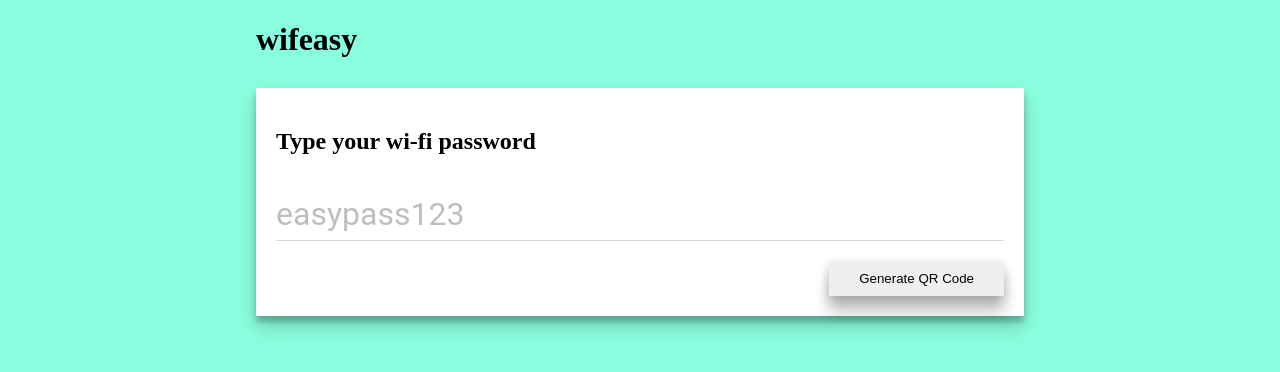
Repository: akagabi/wifeasy
Page: index.html
An editor plug-in stored every save of this project. The page is shown before and after the next save, followed by the edit.
The browser window is 1280 px wide. The pictures show the whole page.

Above is the page before, as saved 2018-12-25 12:56:53.

After the next save:
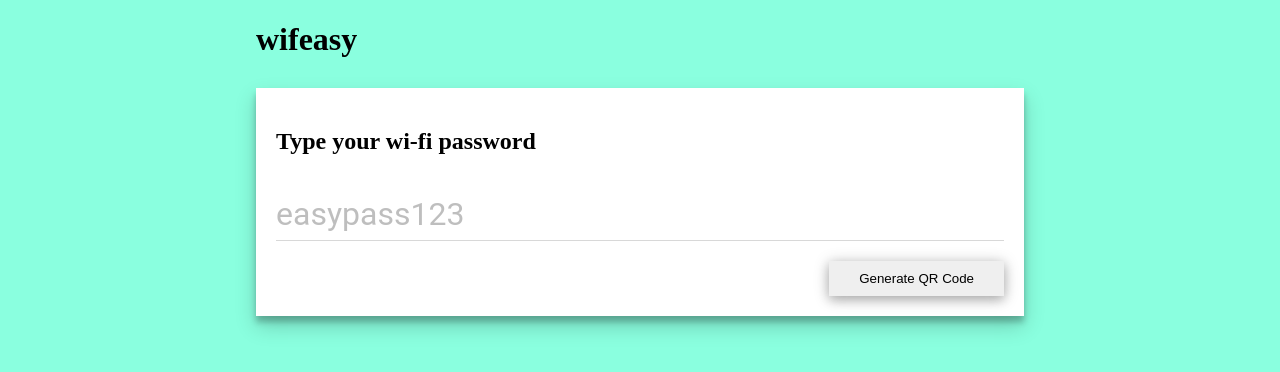
Saved 6 s later.
--- a/style.css
+++ b/style.css
@@ -94,7 +94,7 @@
   }
 
   .button {
-    box-shadow: 0 4px 10px rgba(0,0,0,0.19), 0 16px 16px rgba(0,0,0,0.23);
+    box-shadow: 0 4px 10px rgba(0,0,0,0.19), 0 2px 16px rgba(0,0,0,0.23);
     border: 0;
     padding: 10px 30px;
   }
